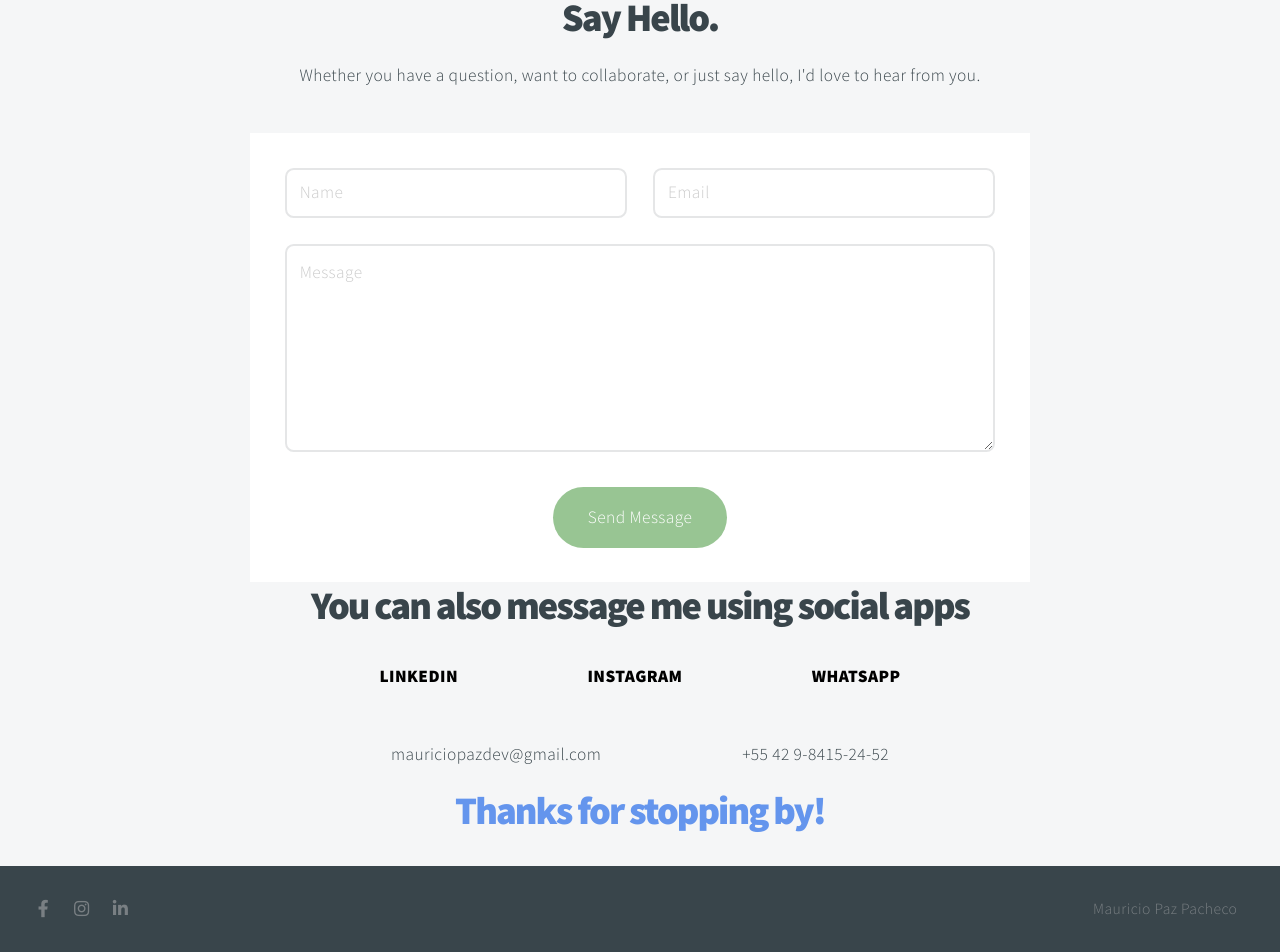
Repository: mauriciopazpp/mauriciopazpp.github.io
Page: index.html
An editor plug-in stored every save of this project. The page is shown before and after the next save, followed by the edit.
The browser window is 1280 px wide. The pictures show the part of the page from y = 5426 to 6378 px (the page is 6378 px tall).
A picture or video elsewhere on the page could not be fetched, so the positions and the page height are approximate. Backgrounds fixed to the window are drawn as part of the page.

Above is the page before, as saved 2024-03-05 18:43:17.
Console error: TypeError: Cannot set properties of undefined (setting 'windowMargin')

After the next save:
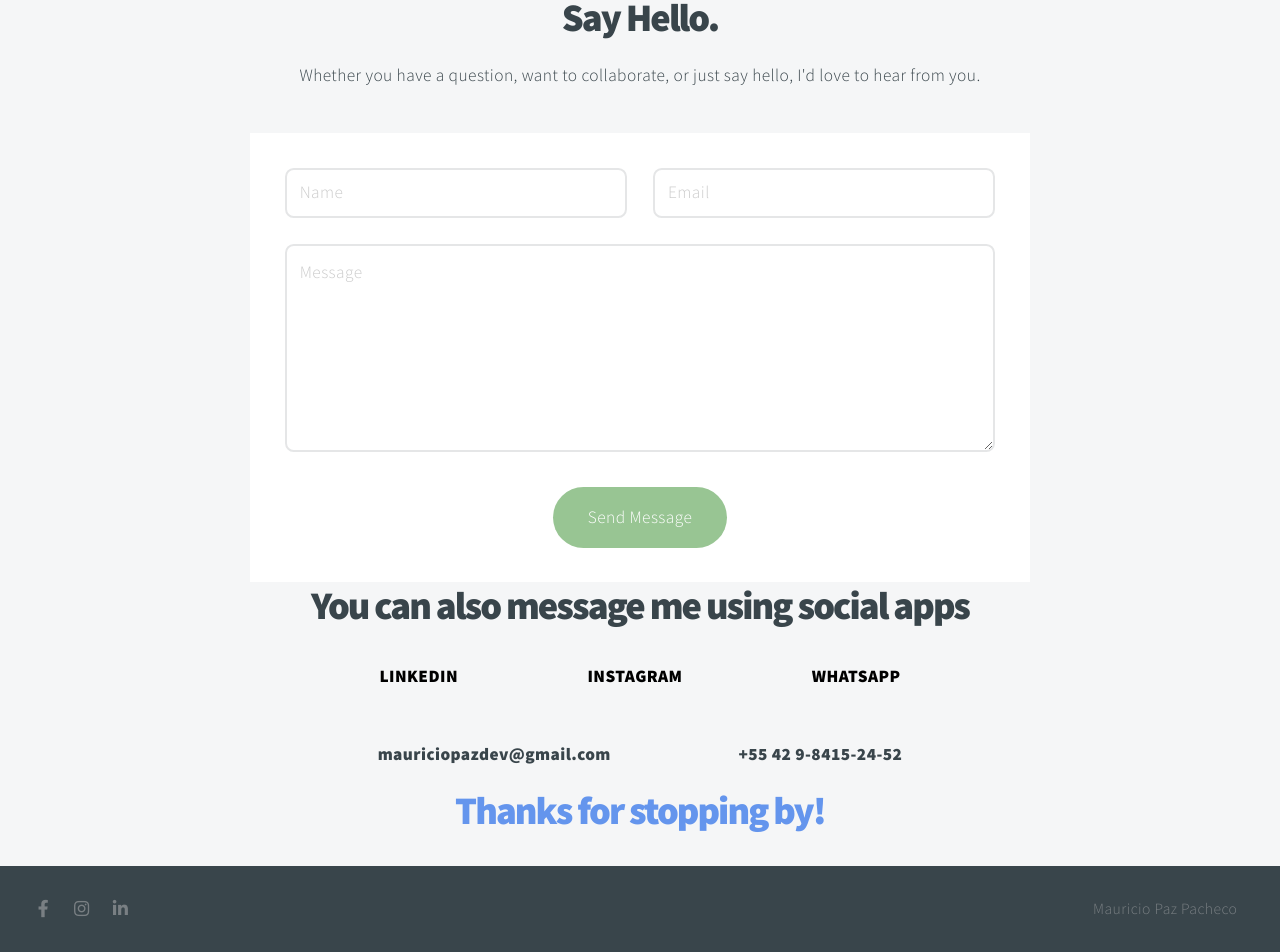
Saved 8 s later.
--- a/index.html
+++ b/index.html
@@ -227,8 +227,8 @@
 						<li><a class="text-uppercase" href="https://wa.me/5542984152452?text=Hi%21+I+came+across+your+linkedin+profile">Whatsapp</a></li>
 					</ul>
 					<ul class="list-inline fullscreen-nav-holder">
-						<li>mauriciopazdev@gmail.com</li>
-						<li>+55 42 9-8415-24-52</li>
+						<li><b>mauriciopazdev@gmail.com</b></li>
+						<li><b>+55 42 9-8415-24-52</b></li>
 					</ul>
 
 					<h2 style="color: cornflowerblue;">
